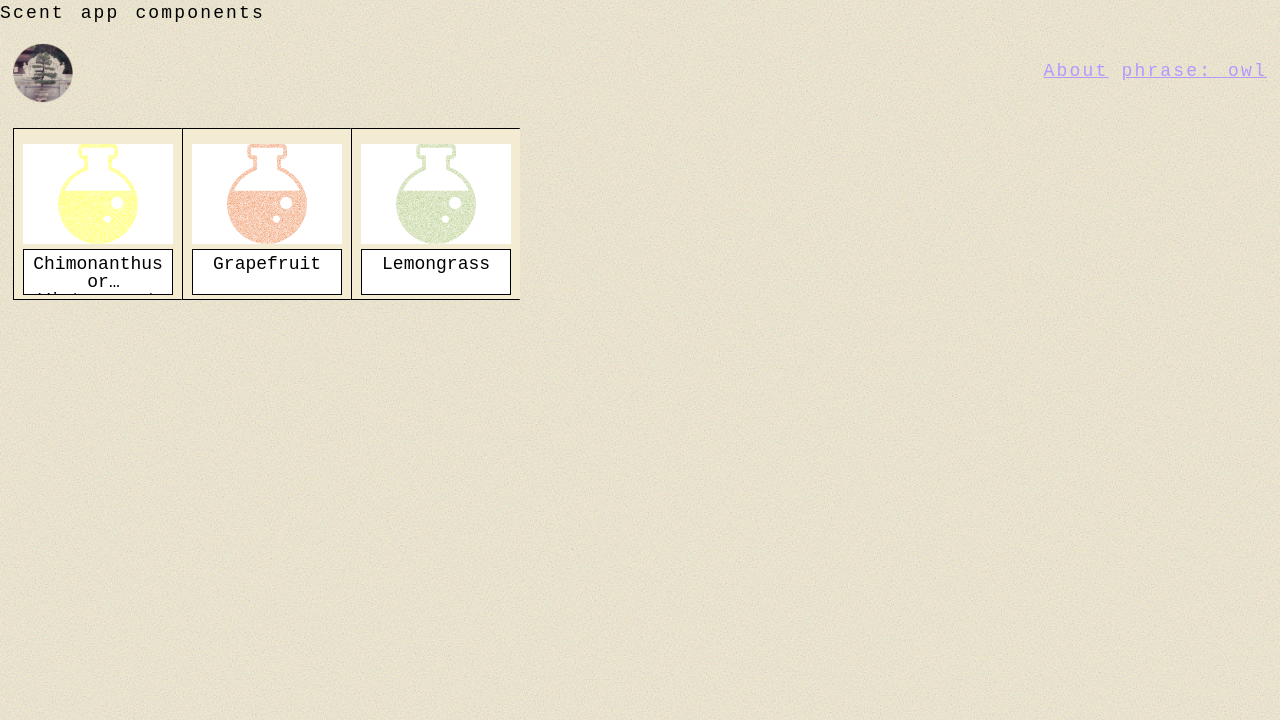
Repository: magiai/scent-app
Page: /
An editor plug-in stored every save of this project. The page is shown before and after the next save, followed by the edit.
The browser window is 1280 px wide. The pictures show the whole page.
The project was rebuilt for these pictures with package versions that can differ from the ones it lists, and the page was loaded fresh each time. The framework's server and built-in components were replaced by stand-ins that run in the browser.

Above is the page before, as saved 2022-11-30 12:58:12.

### pages/_app.tsx

import { Provider } from 'react-redux';
import type { AppProps } from 'next/app';
import { store } from '../app/store';
import '../styles/variables.css';
import '../styles/global.css';

function MyApp({ Component, pageProps
}: AppProps) {
    return (
        <Provider store={store}>
            <Component {...pageProps} />
        </Provider>
    )
}

export default MyApp

### pages/_document.js
import { Html, Head, Main, NextScript } from "next/document";

export default function Document() {
    return (
        <Html lang="en">
        <Head>
            <meta charset="utf-8" />
            <meta httpEquiv="X-UA-Compatible" content="IE=edge" />
            <meta name=" theme-color" content="#fff" />
            <meta name="viewport" content="width=device-width, initial-scale=1" />
            <meta name="robots" content="noindex, nofollow" />

            <title key="title">Scent app components</title>
            <link rel="icon" href="/favicon.ico"></link>
            <meta name="description" content="Application description"></meta>

            <noscript>Scent app components</noscript>
        </Head>
        <body>
            <svg
                className="svg__background"
                width='100%'
                height='100%'
                viewBox='0 0 100 100' xmlns='http://www.w3.org/2000/svg'>
                <filter id='noiseFilter' x="-75%" y="-100%" width="250%" height="300%">
                    <feTurbulence
                                type='fractalNoise'
                                baseFrequency='5'
                                numOctaves='10'
                                seed="10"
                                stitchTiles='stitch'/>
                </filter>

                <rect width='100%' height='100%' filter='url(#noiseFilter)'/>
            </svg>
            <Main />
            <NextScript />
        </body>
    </Html>
    )
}

### pages/index.tsx
import Head from 'next/head';
import Layout from '../components/Layout';
import { Scent } from '../components/scent/Scent';

export default function Home() {
  return (
    <Layout>
      <Head>
        <title key="title">Home</title>
      </Head>

      <main>
        <Scent liquidColor="yellow"
            label = "Chimonanthus or Wintersweet" />
        <Scent liquidColor="#e9702c"
                label = "Grapefruit" />
        <Scent liquidColor="#9db95d"
                label = "Lemongrass" />
      </main>

    </Layout>
  )
}

### app/store.ts
import searchEngineReducer from '../components/search/searchSlice';

import {
    Action,
    configureStore,
    ThunkAction,
  } from '@reduxjs/toolkit';

  export const store = configureStore({
    reducer: {
        searchEngine: searchEngineReducer,
    },
  });

  export type AppDispatch = typeof store.dispatch;
  export type RootState = ReturnType<typeof store.getState>;
  export type AppThunk<ReturnType = void> = ThunkAction<
     ReturnType,
     RootState,
     unknown,
     Action<string>
   >;

### styles/variables.css
:root {
    --font-family--base: 'Courier New', Courier, monospace;;
    --color--white: white;
    --color--black: black;
    --color--transparent: rgba(0, 0, 0, 0);

    --hue--base: 255;
    --saturation--base: 100%;
    --lightness--base: 80%;
    --opacity--base: 1;
    --color--lighten: 5%;
    --color--darken: 10%;
    --color--primary: hsla(var(--hue--base), var(--saturation--base), var(--lightness--base), var(--opacity--base));
    --color--primary--active: hsla(var(--hue--base),
                                    var(--saturation--base),
                                    calc(var(--lightness--base) + var(--color--lighten)),
                                    var(--opacity--base));

    --hue--secondary: 46;
    --saturation--secondary: 61%;
    --lightness--secondary: 89%;
    --color--secondary: hsla(var(--hue--secondary), var(--saturation--secondary), var(--lightness--secondary), var(--opacity--base));
    --color--secondary--active: hsla(var(--hue--secondary),
                                var(--saturation--secondary),
                                calc(var(--lightness--secondary) + var(--color--lighten)),
                                var(--opacity--base));

    --hue--error: 360;
    --hue--success: 130;
    --hue--information: 230;
    --color--disabled: hsla(var(--hue--information), 0, calc(var(--lightness--base) - var(--color--darken)), var(--opacity--base));
    --color--information: hsla(var(--hue--information), var(--saturation--base), var(--lightness--base), var(--opacity--base));
    --color--success: hsla(var(--hue--success), var(--saturation--base), var(--lightness--base), var(--opacity--base));
    --color--error: hsla(var(--hue--error), var(--saturation--base), var(--lightness--base), var(--opacity--base));

    --background-color: var(--color--secondary);

    --spacing__ratio: 1.414;
    --spacing__ratio--desktop: 1.618;
    --space--base: 0.5rem;
    --space--xs: var(--space--base);
    --space--s: calc(var(--space--xs) * var(--spacing__ratio));
    --space--m: calc(var(--space--s) * var(--spacing__ratio));
    --space--l: calc(var(--space--m) * var(--spacing__ratio));
    --space--xl: calc(var(--space--l) * var(--spacing__ratio));

    --font-size__ratio: 1.20;
    --font-size__ratio--desktop: 1.333;
    --font-size--base: 1.8rem;
    --font-size--h4: calc(var(--font-size--base) * var(--font-size__ratio));
    --font-size--h3: calc(var(--font-size--h4) * var(--font-size__ratio));
    --font-size--h2: calc(var(--font-size--h3) * var(--font-size__ratio));
    --font-size--h1: calc(var(--font-size--h2) * var(--font-size__ratio));

    --input__height: 4rem;
    --input__border__width: 0.1rem;
    --input__border__style: solid;
    --input__border__color: var(--color--primary);
    --input__border: var(--input__border__width) var(--input__border__style) var(--input__border__color);
    --form-control__color: var(--color--secondary);
    --select__height: 3.4rem;
    --select--focus__color: var(--color--primary);
    --select__arrow__color: var(--input__border__color);

    --svg__button__width: 15rem;
    --svg__button__height: 10rem;
    --button__border__width: 0.1rem;
    --button--svg__label__height: 4.6rem;
}

@media only screen and (min-width: 768px) {
    :root {
        --font-size__ratio: var(--font-size__ratio--desktop);
        --spacing__ratio: var(--spacing__ratio--desktop);
    }
}

### styles/global.css
html {
    font-size: 62.5%;
}

*,
*:before,
*:after {
    box-sizing: border-box;
}

body {
    font-family: var(--font-family--base);
    font-size: var(--font-size--base);
    line-height: 1.5;
	letter-spacing: 0.12em;
	word-spacing: 0.16em;
    color: var(--color--black);
    background-color: var(--background-color);
    margin: 0;
    position: relative;
    min-height: 100vh;
}

@media (prefers-reduced-motion: reduce) {
	*,
	*::before,
	*::after {
		animation-duration: 0.01ms !important;
		animation-iteration-count: 1 !important;
		transition-duration: 0.01ms !important;
		scroll-behavior: auto !important;
	}
}

.svg__background {
	position: absolute;
	top: 0;
	left: 0;
	opacity: 0.4;
    z-index: -1;
}

p,
li,
h1, h2, h3, h4, h5 {
  overflow-wrap: break-word;
  hyphens: auto;
  margin-bottom: 0.65em;
}

h1 {
    font-size: var(--font-size--h1);
}

h2 {
    font-size: var(--font-size--h2);
}

h3 {
    font-size: var(--font-size--h3);
}

h4 {
    font-size: var(--font-size--h4);
}

h5 {
    font-size: var(--font-size--h5);
}

a {
    color: var(--color--primary);
    padding-top: var(--space--s);
    padding-bottom: var(--space--s);
}

a:hover, a:active, a:focus {
    color: var(--color--primary--active);
}

button {
    font-size: max(var(--font-size--base), 1em);
    font-family: inherit;
    padding: 0.25em 0.5em;
    background-color: var(--color--secondary);
    border-radius: 0.1rem;
    border: var(--button__border);
    line-height: 1;
}

### components/Layout.tsx
import React from 'react';
import Footer from './Footer';
import Header from './Header';
import styles from './layout.module.css'

export default function Layout({
  children,
  home
}: {
  children: React.ReactNode
  home?: boolean
}) {
    return (
        <div className = {styles.container}>
            <Header/>
            {children}
            {/* <Footer/> */}
        </div>
    );
}

### components/scent/Scent.tsx
import React from 'react';
import styles from './scent.module.css';
import { ScentImage } from './ScentImage';

interface ScentProps {
    liquidColor: string;
    label: string;
  /**
   * Optional click handler
   */
  onClick?: () => void;
}

export const Scent = ({
    liquidColor,
    label,
    ...props
}: ScentProps) => {
    //check with useContext
    // const mode: string = visibleBottle ? 'bottle--visible' : 'bottle--hidden';

    return (
    <>
        <button
            type="button"
            className={ styles['button--scent'] }
            {...props}>

            <ScentImage liquidColor = { liquidColor } />

            <span className={ styles['button--svg__label'] }>{ label }</span>
        </button>
    </>
    );
};

### components/search/searchSlice.ts
import {
    createSlice,
    PayloadAction,
  } from '@reduxjs/toolkit';
  import type { RootState } from '../../app/store';

  export type SearchEngineState = {
    value: string;
  };

  const initialState: SearchEngineState = {
    value: 'owl',
  };

  export const searchEngineSlice = createSlice({
    name: 'searchEngine',
    initialState,

    reducers: {

      setSearchedPhrase: (state, action: PayloadAction<string>) => {
        state.value = action.payload;
      },
    },
  });

  export const {
    setSearchedPhrase,
  } = searchEngineSlice.actions;

  export const selectSearch = (state: RootState) => state.searchEngine.value;

  export default searchEngineSlice.reducer;

### components/Header.tsx
import Link from 'next/link';
import Image from 'next/image';
import styles from './header.module.css';
import { useAppSelector } from '../app/hooks';
import { selectSearch } from './../components/search/searchSlice';

export default function Header() {
    const selectPhrase = useAppSelector(selectSearch);

    return (
        <header className = {styles.header}>
            <nav className = {styles.navigation}>
                <Link href="/">
                    <a>
                        <Image
                            src = "/images/logo.png"
                            height = {60}
                            width = {60}
                            alt = "Logo"
                        />
                    </a>
                </Link>
                <ul className = { styles.navigationList }>
                    <li>
                        <Link href="/about">
                            <a>About</a>
                        </Link>
                    </li>
                    <li>
                        <Link href="/about">
                            <a>phrase: {selectPhrase} </a>
                        </Link>
                    </li>
                </ul>
            </nav>
        </header>
    );
}

### components/layout.module.css
.container {
    padding-left: var(--space--m);
    padding-right: var(--space--m);
}

### components/scent/scent.module.css
/* :root {
    --svg__button__width: 15rem;
    --svg__button__height: 10rem;
    --button__border__width: 0.1rem;
    --button--svg__label__height: 4.6rem;
} */


.svg--bottle,
.button--scent {
    border-top-width: var(--button__border__width);
    border-left-width: var(--button__border__width);
    border-bottom-width: var(--button__border__width);
    border-color: black;
    border-style: solid;
}

.button--scent {
    border-right-width: 0rem;
    color: black;
    transition-property: transform;
    transition-duration: 250ms;
    transition-timing-function: ease-out;
}

.button--scent:active,
.button--scent:focus,
.button--scent:hover {
    background-color: rgba(87, 69, 58, 0.7);
}

svg.svg--bottle {
    display: flex;
    width: var(--svg__button__width);
    height: var(--svg__button__height);
    margin-top: 1rem;
    background-color: white;
    border-right-width: var(--button__border__width);
}

#bottle__path {
    stroke: black;
    stroke-width: 0.3rem;
    transform-origin: bottom center;
    transform: scale(0.9);
}

.button--scent:active #bottle__path,
.button--scent:focus #bottle__path,
.button--scent:hover #bottle__path {
    transform: rotateZ(20deg) translateX(0%) translateY(-3%) scale(0.9);
}

.button--svg__label {
    border: 1px solid black;
    height: var(--button--svg__label__height);
    width: var(--svg__button__width);
    margin-top: var(--space--xs);
    background-color: white;
    display: -webkit-box;
    -webkit-line-clamp: 2;
    -webkit-box-orient: vertical;
    overflow: hidden;
    padding-top: var(--space--xs);
    padding-bottom: calc(var(--space--xs) / 2);
    /* text-shadow: 0px 0px 0.2rem black, -0.05rem -0.05rem 0.02rem; */
    transition-property: height;
    transition-duration: 200ms;
    transition-timing-function: ease-in;
}

.button--scent:hover .button--svg__label {
    height: auto;
    min-height: var(--button--svg__label__height);
    overflow: visible;
    -webkit-line-clamp: 5;
}

### components/scent/ScentImage.tsx
import React from 'react';
import styles from './styles/scent__image.module.css';

interface ScentImageProps {
    liquidColor: string;
}

export const ScentImage = ({
    liquidColor
}: ScentImageProps) => {
    //check with useContext
    // const mode: string = visibleBottle ? 'bottle--visible' : 'bottle--hidden';

    return (
            <svg
                className={ styles['svg--bottle'] }
                xmlns="http://www.w3.org/2000/svg"
                version="1.1"
                x="0px"
                y="0px"
                viewBox="0 0 362.664 362.664">

                <filter id='noiseFilter' x="-10%" y="-10%" width="120%" height="120%">
                    <feTurbulence
                        type='fractalNoise'
                        baseFrequency='5'
                        numOctaves='10'
                        seed="10"
                        stitchTiles='stitch'
                    />
                </filter>

                <mask id="gradient-mask">
                    <rect width='100%' height='100%' filter='url(#noiseFilter)'/>
                </mask>

                <path id={ styles['bottle__path'] }
                    fill={ liquidColor }
                    d="M326.197,217.684c0-14.664-2.472-29.243-7.346-43.334l-1.63-4.711h-0.119c-4.807-12.383-11.477-24.266-19.923-35.369     c-16.07-21.126-37.974-38.302-62.301-48.985c-1.015-0.446-3.057-1.059-3.057-4.892l-0.392-25.177h6.549     c8.759,0,15.886-7.126,15.886-15.885V15.886C253.864,7.127,246.738,0,237.978,0H125.686c-8.759,0-15.885,7.127-15.885,15.886     v23.445c0,8.759,7.126,15.885,15.885,15.885h5.625L131.23,80.06c0,3.75-2.221,4.689-3.323,5.172     c-24.308,10.644-46.197,27.762-62.283,48.842c-8.515,11.159-15.232,23.107-20.067,35.564h-0.119l-1.629,4.712     c-4.872,14.089-7.342,28.668-7.342,43.333c0,0.018,0,0.036,0,0.053c0,0.021,0,0.042,0,0.063     c0,79.879,64.986,144.865,144.865,144.865s144.865-64.986,144.865-144.865c0-0.021,0-0.042,0-0.063     C326.197,217.72,326.197,217.702,326.197,217.684z M202.109,272.231c0-7.348,5.957-13.305,13.305-13.305     s13.305,5.957,13.305,13.305s-5.957,13.305-13.305,13.305S202.109,279.579,202.109,272.231z M228.718,213.922     c0-12.15,9.85-22,22-22s22,9.85,22,22s-9.85,22-22,22S228.718,226.072,228.718,213.922z M140.66,95.165     c0,0,4.543-2.022,4.543-7.522c0-9.792,0.127-27.917,0.127-39.166c0-7.5-6.831-7.261-6.831-7.261h-12.813     c-1.022,0-1.885-0.863-1.885-1.885V15.886c0-1.022,0.863-1.886,1.885-1.886h112.292c1.022,0,1.886,0.864,1.886,1.886v23.445     c0,1.022-0.864,1.885-1.886,1.885h-13.146c0,0-7.473,0.552-7.473,8.929c0,10.874,0.592,28.679,0.592,38.241     c0,5.757,4.469,6.934,4.469,6.934c32.593,12.269,59.116,36.124,74.668,64.853c1.679,3.102,4.577,9.466-4.089,9.466h-225.5     c-6.833,0-3.513-6.596-1.764-9.807C81.372,131.122,107.979,107.339,140.66,95.165z"
                    mask='url(#gradient-mask)'></path>
            </svg>
    );
};

### components/header.module.css
.header {
    padding-top: var(--space--s);
    padding-bottom: var(--space--s);
}

.navigation {
    width: 100%;
    display: flex;
    flex-direction: row;
    justify-content: space-between;
    align-items: center;
}

.navigationList {
    display: flex;
}

.navigationList li {
    list-style: none;
}

.navigationList li:not(:last-of-type) {
    margin-right: var(--space--m);
}

### app/hooks.ts
import {
    TypedUseSelectorHook,
    useDispatch,
    useSelector,
  } from 'react-redux';
  import type {
    AppDispatch,
    RootState,
  } from './store';

  export const useAppDispatch = () => useDispatch<AppDispatch>();
  export const useAppSelector: TypedUseSelectorHook<RootState> = useSelector;

### components/scent/styles/scent__image.module.css
svg.svg--bottle {
    display: flex;
    width: var(--svg__button__width);
    height: var(--svg__button__height);
    margin-top: 1rem;
    background-color: white;
    border-right-width: var(--button__border__width);
}

After the next save:
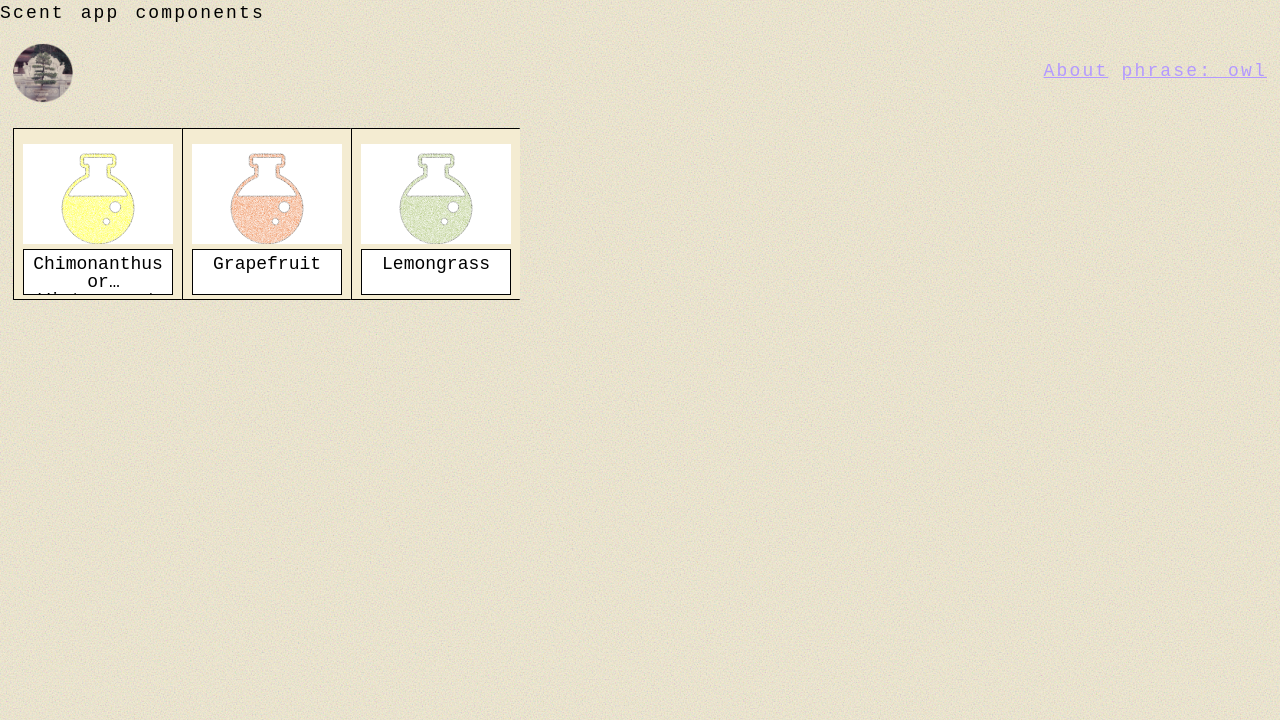
Saved 22 s later.
--- a/components/scent/styles/scent__image.module.css
+++ b/components/scent/styles/scent__image.module.css
@@ -6,3 +6,16 @@ svg.svg--bottle {
     background-color: white;
     border-right-width: var(--button__border__width);
 }
+
+#bottle__path {
+    stroke: black;
+    stroke-width: 0.3rem;
+    transform-origin: bottom center;
+    transform: scale(0.9);
+}
+
+.button--scent:active #bottle__path,
+.button--scent:focus #bottle__path,
+.button--scent:hover #bottle__path {
+    transform: rotateZ(20deg) translateX(0%) translateY(-3%) scale(0.9);
+}
